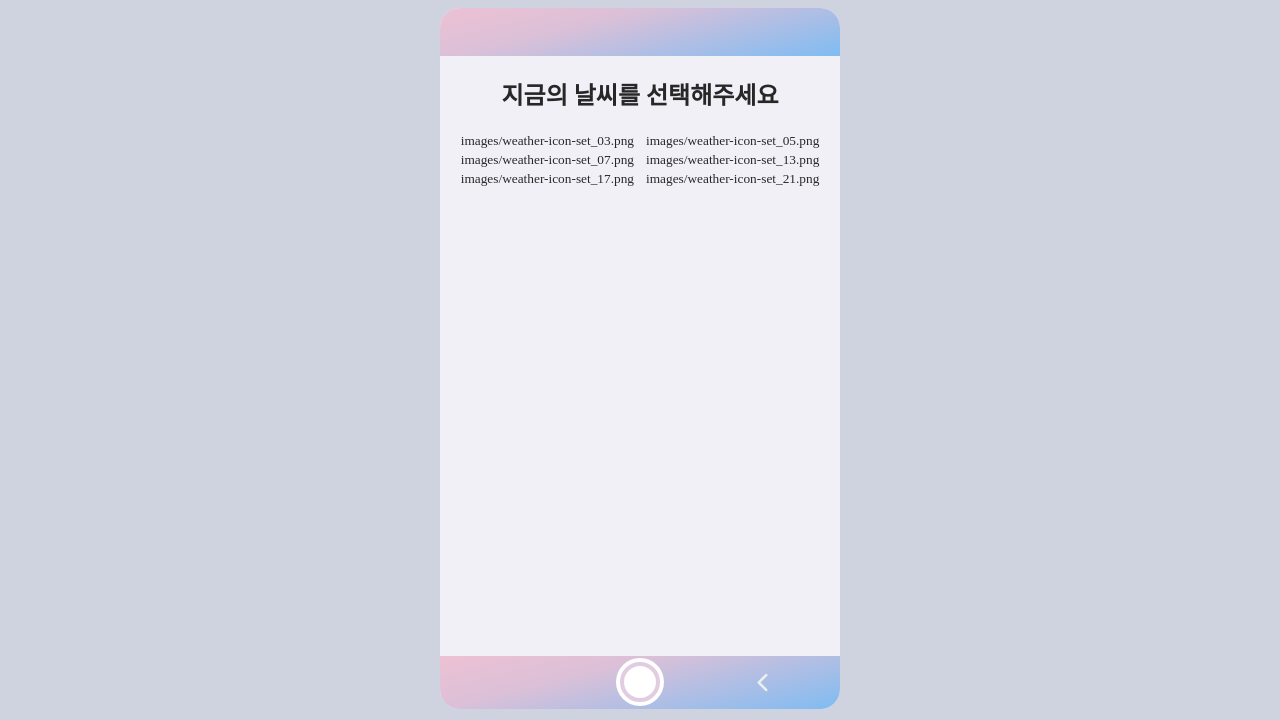
Repository: jinhee196/diary
Page: index.html
These files come from the project's save history. The page is drawn as it stood at one moment and after the next save; the edit follows.
The browser window is 1280 px wide. The pictures show the whole page.
After loading, the first visible `button.note1` was clicked once.
Some web fonts or font styles are not loaded; a fallback is used. Some web libraries are served in a nearby version.

Above is the page before, as saved 2021-06-06 14:40:14.

After the next save:
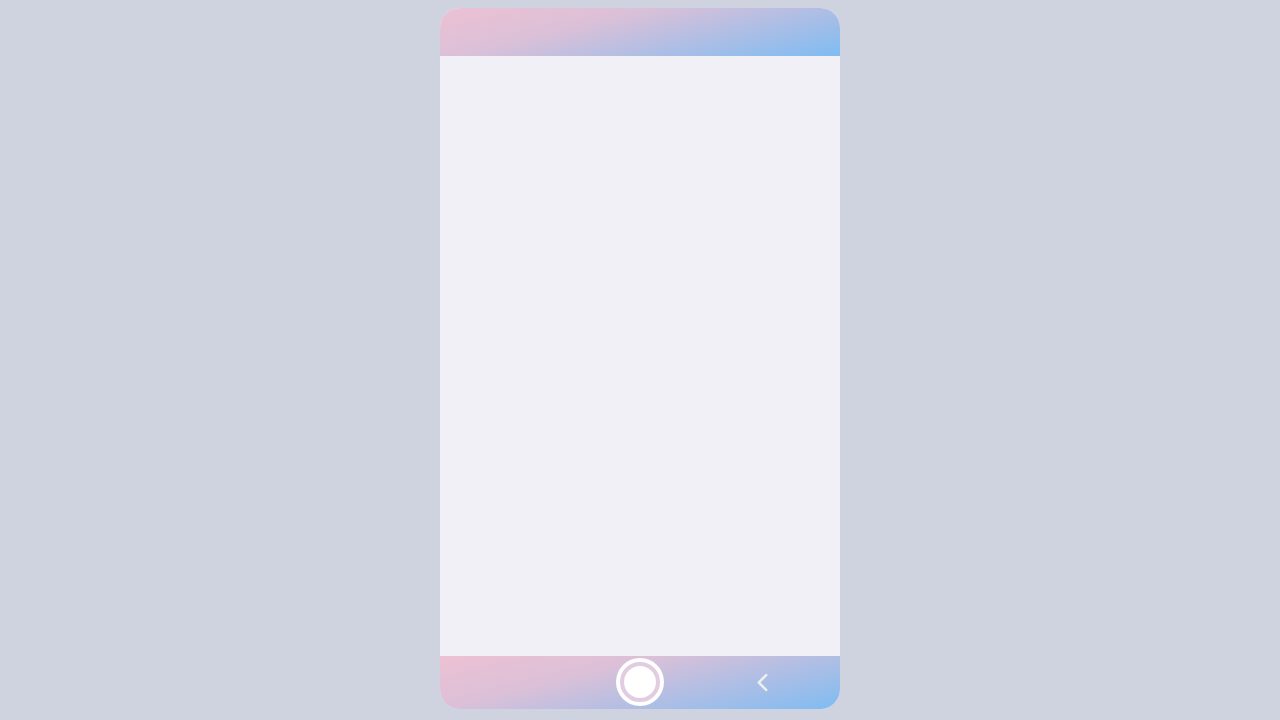
Saved 3 min 41 s later.
--- a/js/main.js
+++ b/js/main.js
@@ -60,7 +60,16 @@
     }
   }
 
+  function dailyNext(qIdx){
+    if(qIdx === 2){
+      goResult();
+      return;
+    }
+  }
 
+  function goResult() {
+    console.log('result');
+  }
 
 note2.addEventListener('click', ()=>{
     main.style.animation = "fadeOut 1s";

After the save that followed:
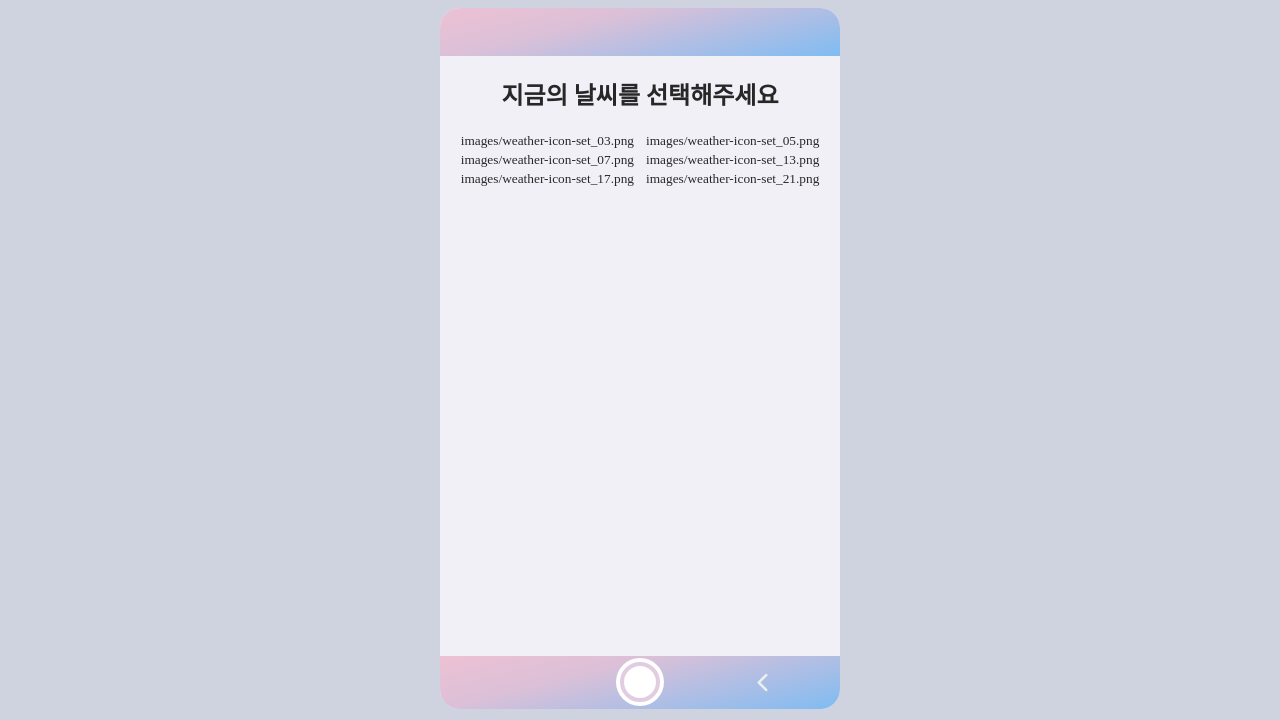
Saved 75 s later.
--- a/js/main.js
+++ b/js/main.js
@@ -48,6 +48,10 @@
          daily__weather.innerHTML = '';
     }
     dailyNext(++qIdx);
+    if(qIdx === 2){
+      goResult();
+      return;
+    }
   });
 }
 function dailyNext(qIdx){
@@ -60,12 +64,7 @@
     }
   }
 
-  function dailyNext(qIdx){
-    if(qIdx === 2){
-      goResult();
-      return;
-    }
-  }
+
 
   function goResult() {
     console.log('result');
